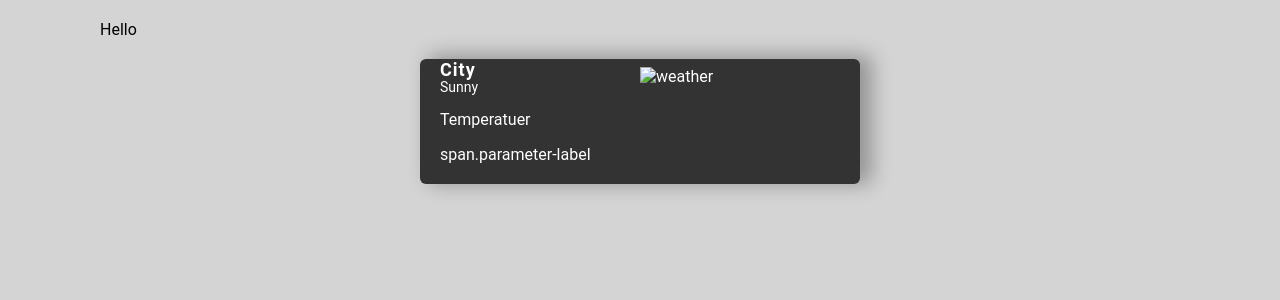
Repository: sedat-akdogan/React_Weather
Page: / (app in london_weather/)
These files come from the project's save history. The page is drawn as it stood at one moment and after the next save; the edit follows.
The browser window is 1280 px wide. The pictures show the whole page.
The project was rebuilt for these pictures with package versions that can differ from the ones it lists, and the page was loaded fresh each time.

Above is the page before, as saved 2023-07-09 17:48:12.

### london_weather/src/index.css
body {
    margin: 0;
    font-family: 'Roboto', Arial !important;
    -webkit-font-smoothing: antialiased;
    -moz-osx-font-smoothing: grayscale;
    background-color: #d5d4d4;
}

code {
    font-family: source-code-pro, Menlo, Monaco, Consolas, 'Courier New',
        monospace;
}

### london_weather/src/App.js
import Search from './components/search/Search';
import './App.css';
import CurrentWeather from './components/current-weather/current-weather';

function App() {

    const handleOnSearchChange = (searchData) => {
        console.log(searchData);
    }

    return (
        <div className="container">
            <Search onSearchChange={handleOnSearchChange} />
            <CurrentWeather />
        </div>
    );
}

export default App;

### london_weather/src/components/search/Search.js
import React from "react";


const Search = () => {
    return ("Hello");
}

export default Search;

### london_weather/src/App.css
.container {
    max-width: 1080px;
    margin: 20px auto;
}

### london_weather/src/components/current-weather/current-weather.js
import "./current-weather.css";


const CurrentWeather = () => {
    return (
        <div className="weather">
            <div className="top">
                <div>
                    <p className="city">City</p>
                    <p className="weather-description">Sunny</p>
                </div>
                <img src="" alt="weather" className="weather-icon" />
            </div>
            <div className="bottom">
                <p className="temperature">Temperatuer</p>
                <div className="details">
                    <div className="parameter-row">
                        span.parameter-label
                    </div>
                </div>
            </div>
        </div>
    );
}

export default CurrentWeather;

### london_weather/src/components/current-weather/current-weather.css
.weather {
    width: 400px;
    border-radius: 6px;
    box-shadow: 10px -2px 20px 2px rgb(0 0 0 / 30%);
    color: #fff;
    background-color: #333;
    margin: 20px auto 0 auto;
    padding: 0 20px 20px 20px;
}

.top {
    display: flex;
    justify-content: space-between;
    align-items: center;
}

.city {
    font-weight: 600;
    font-size: 18px;
    margin: 0;
    letter-spacing: 1px;
}

.weather-description {
    font-weight: 400;
    font-size: 14px;
    line-height: 1;
    margin: 0;
}

.weather-icon {
    width: 200px;
}

Loaded but not shown: london_weather/public/index.html (common file); london_weather/src/index.js (common file); london_weather/src/reportWebVitals.js (common file)

After the next save:
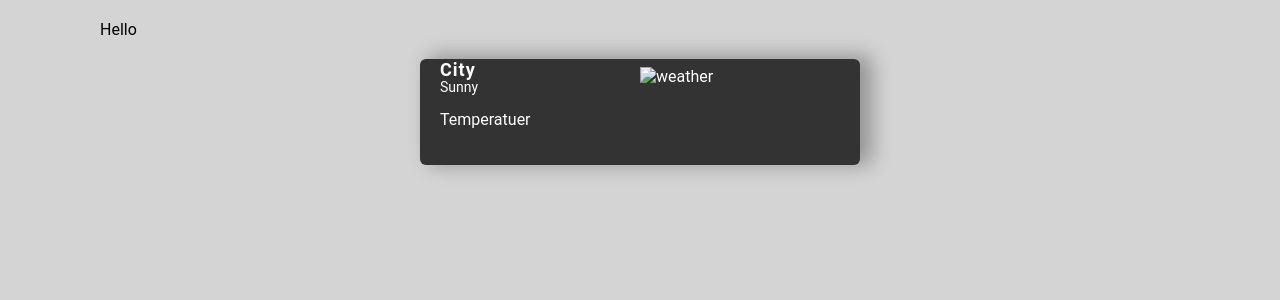
Saved 4 s later.
--- a/london_weather/src/components/current-weather/current-weather.js
+++ b/london_weather/src/components/current-weather/current-weather.js
@@ -15,7 +15,7 @@ const CurrentWeather = () => {
                 <p className="temperature">Temperatuer</p>
                 <div className="details">
                     <div className="parameter-row">
-                        span.parameter-label
+                        <span className="parameter-label"></span>
                     </div>
                 </div>
             </div>
